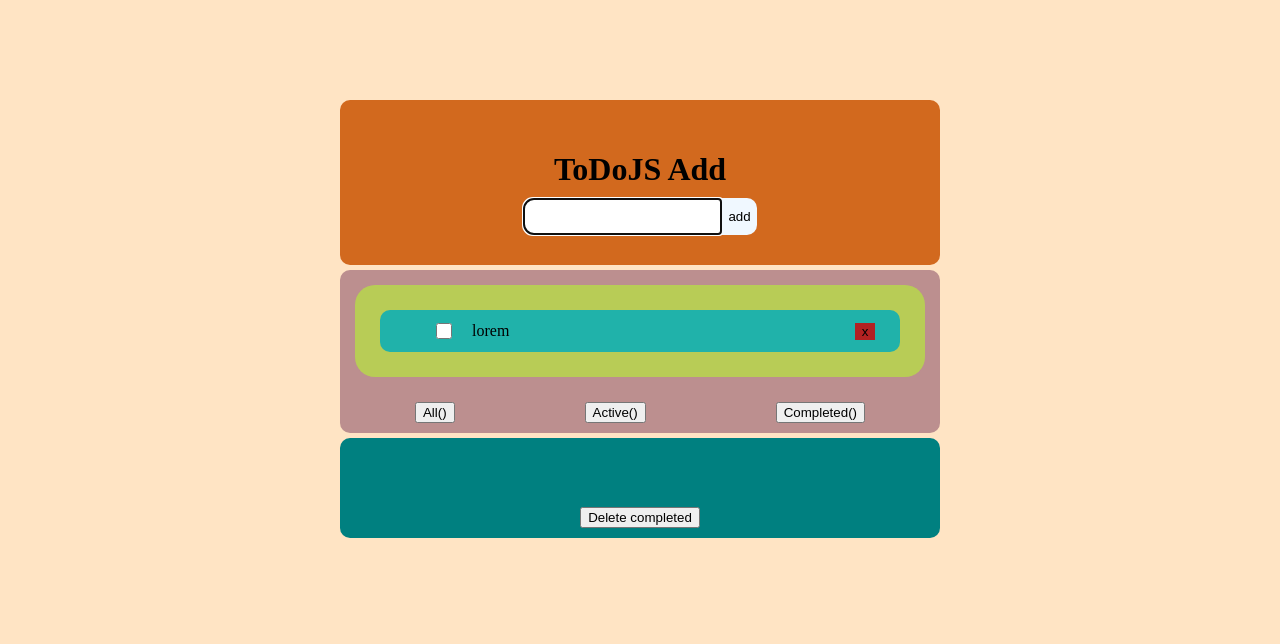
Repository: Savich01/ToDo
Page: index.html
These files come from the project's save history. The page is drawn as it stood at one moment and after the next save; the edit follows.
The browser window is 1280 px wide. The pictures show the whole page.
Empty fields were first filled with sample values (such as "Sample", 5 or name@example.com).
After loading, the first visible `form.personal` was submitted once.

Above is the page before, as saved 2024-05-06 14:43:06.

After the next save:
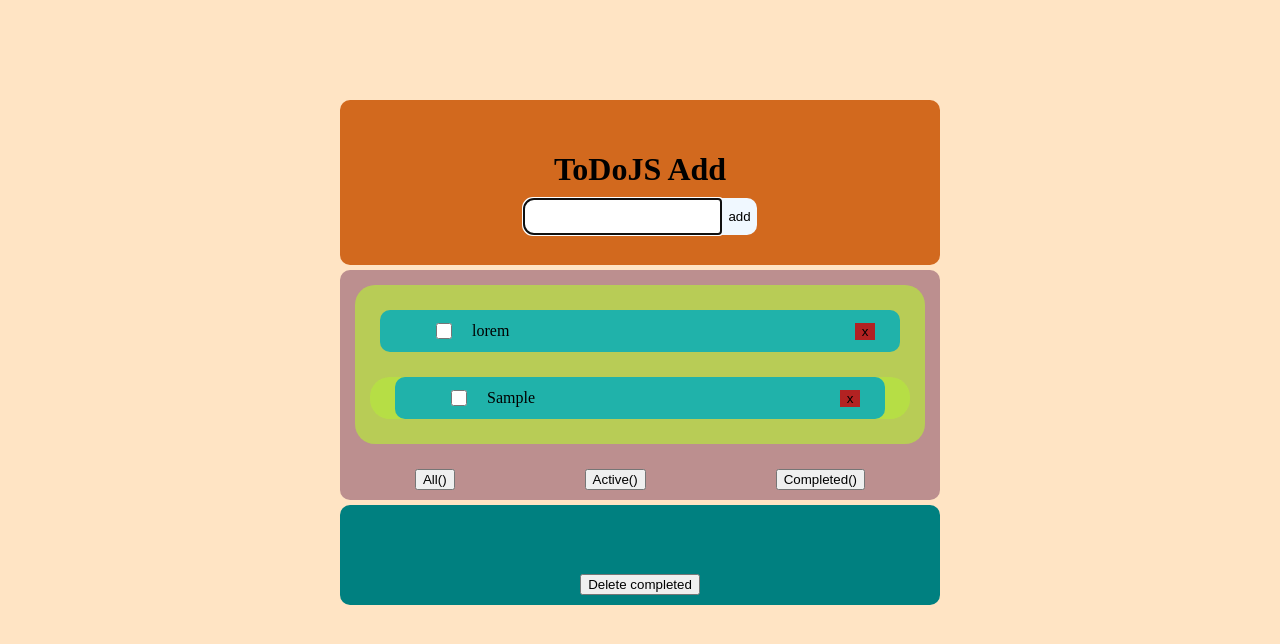
Saved 43 s later.
--- a/js/script.js
+++ b/js/script.js
@@ -17,7 +17,8 @@ function addTask(){
 
     //Формируем разметку для новой задачи
 
-    const taskHTML = `<!-- <ul class="main-container--list">
+    const taskHTML = `<div class="main-container">
+                <ul class="main-container--list">
                     <li class="main-container--list-link">
                         <input class="main-checked" type="checkbox" data-action = "done">
                         <span class="main-text">${taskText}</span>
@@ -25,8 +26,9 @@ function addTask(){
                     <button class="main--list-btn" data-action = "delete">
                         х
                     </button>
-               </ul>  -->
-                        `
+               </ul>
+            </div>
+                    `
 
 
     // Добавляем задачу на страницу
